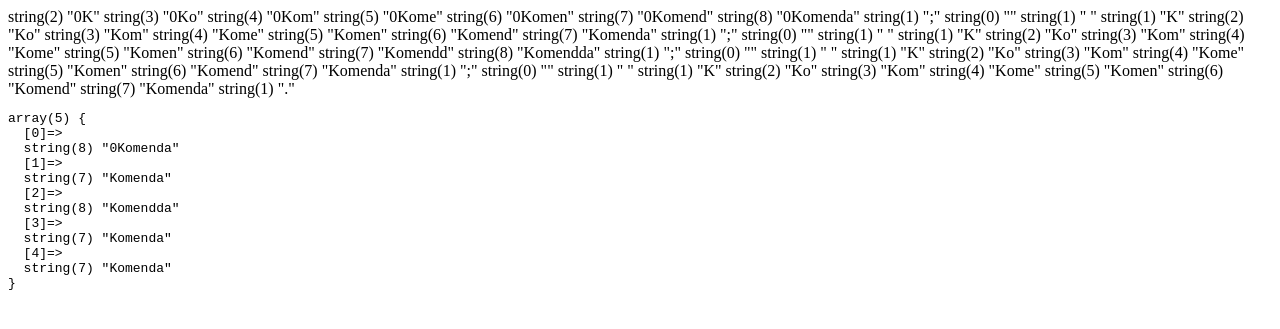
Repository: mahoone/revising_php
Page: http://localhost/Config.php
These files come from the project's save history. The page is drawn as it stood at one moment and after the next save; the edit follows.
The browser window is 1280 px wide. The pictures show the whole page.
The page is run by PHP 8.4 with error messages shown; the project is at /var/www/html/.

Above is the page before, as saved 2020-06-01 22:06:43.

After the next save:
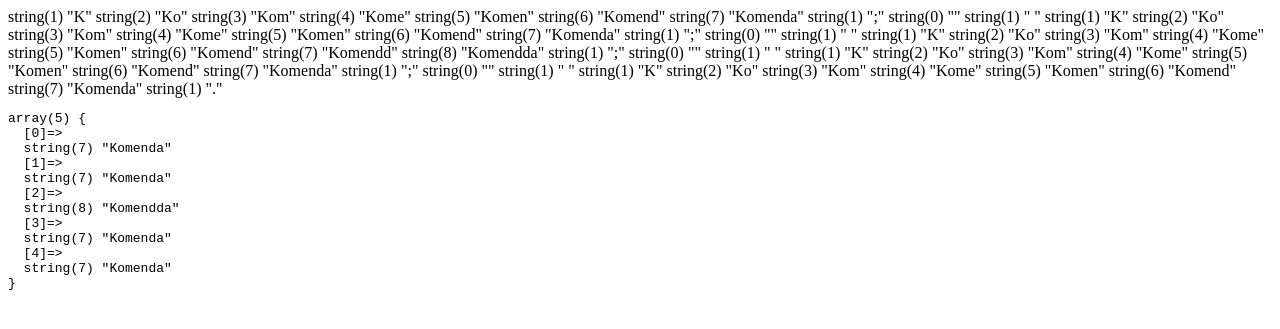
Saved 16 s later.
--- a/Config.php
+++ b/Config.php
@@ -1,7 +1,7 @@
 <?php
 
 $tekst = 'Komenda; Komenda; Komendda; Komenda; Komenda. To juz pomojamy.';
-$tablica = array(0);
+$tablica = array(0 => '');
 $t = 0;
 
 for($i = 0; $i < strlen($tekst); $i++)
